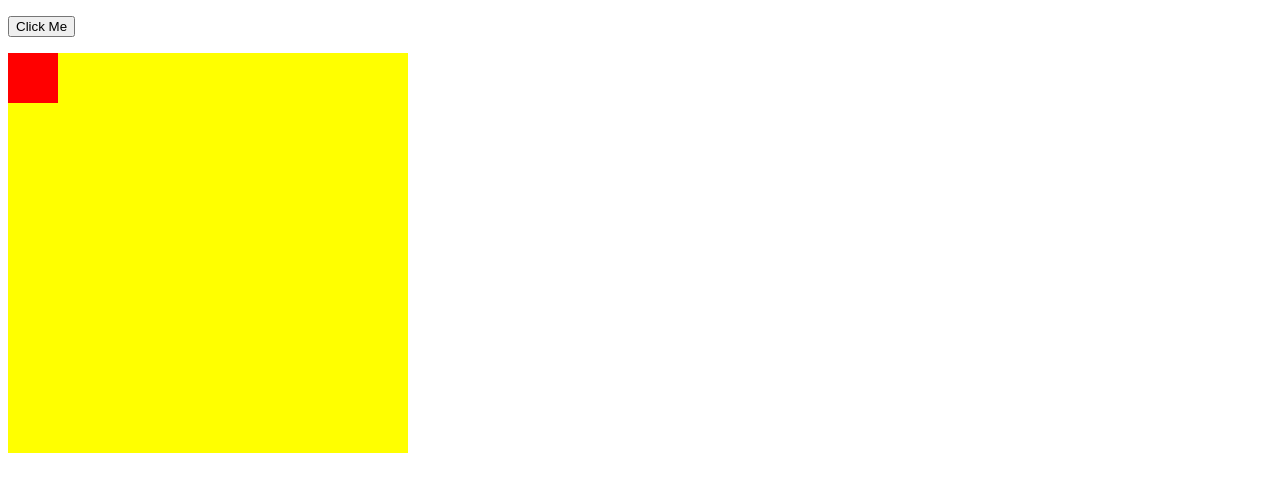
Repository: jcohenp/DI_Exercises
Page: W3/D3/normal/ex_1/index.html
The author's editor kept a copy of each file at every save. The page is drawn from the files as they stood at one save, then again after the next save.
The browser window is 1280 px wide. The pictures show the whole page.
After loading, the first visible `button` was clicked once.

Above is the page before, as saved 2020-08-25 15:20:35.

### W3/D3/normal/ex_1/index.html
<!DOCTYPE html>
<html lang="en">

<head>
    <meta charset="UTF-8">
    <meta name="viewport" content="width=device-width, initial-scale=1.0">
    <title>Document</title>
    <style>
        #container {
            width: 400px;
            height: 400px;
            position: relative;
            background: yellow;
        }

        #animate {
            width: 50px;
            height: 50px;
            position: absolute;
            background-color: red;
        }
    </style>
</head>

<body>
    <p><button onclick="myMove()">Click Me</button></p>
    <div id="container">
        <div id="animate"></div>
    </div>
    <script src="./js/script.js"></script>
</body>

</html>

### W3/D3/normal/ex_1/js/script.js
function myMove() {
    let box = document.getElementById("animate");
    let speed = 1;
    var pos = 0;
    var id = setInterval(frame, 5);

    function frame() {
        if (pos == 100 - box.width) {
            clearInterval(id);
        } else {
            pos++;
            box.style.left = pos + "&"
        }
    }

}

After the next save:
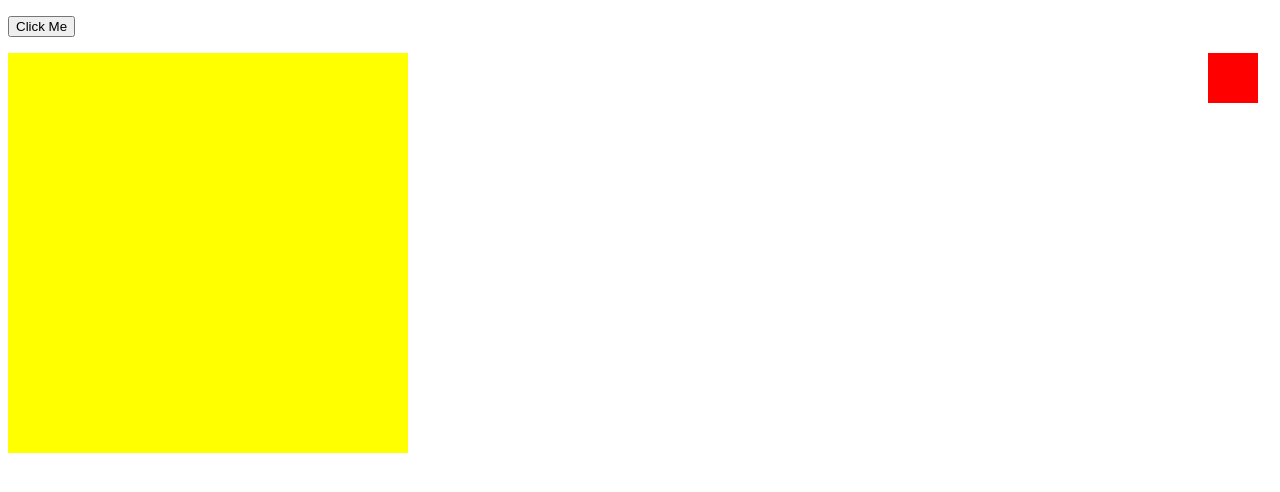
Saved 4 s later.
--- a/W3/D3/normal/ex_1/js/script.js
+++ b/W3/D3/normal/ex_1/js/script.js
@@ -9,7 +9,7 @@
             clearInterval(id);
         } else {
             pos++;
-            box.style.left = pos + "&"
+            box.style.left = pos + "%"
         }
     }
 

After the 3 saves that followed:
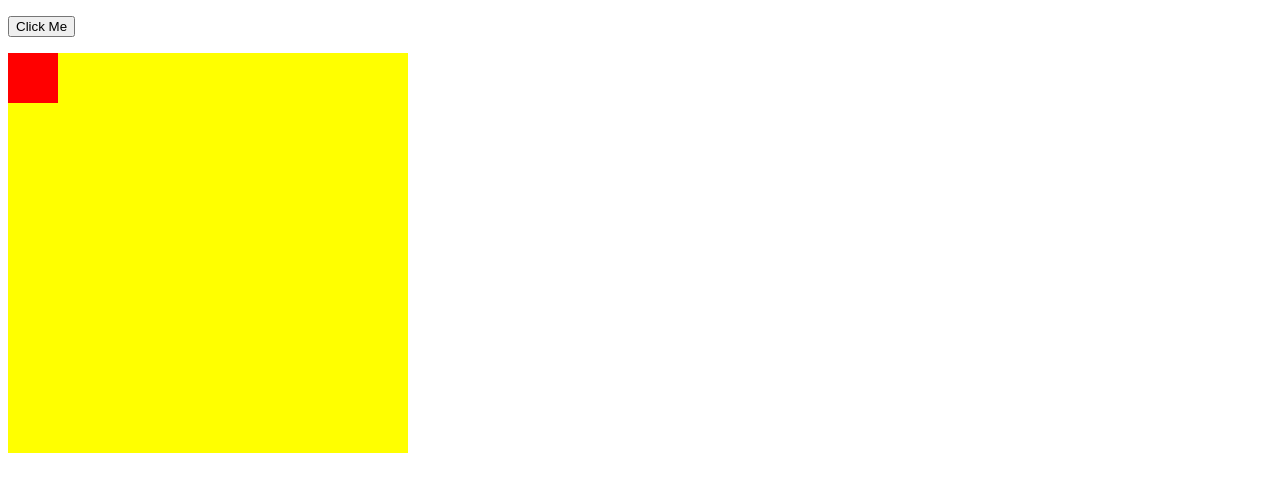
Console error: ReferenceError: relative is not defined
The 3 saves are shown as one change because 1 left the picture as it was and some came seconds apart.
The last was saved 119 s later.
--- a/W3/D3/normal/ex_1/js/script.js
+++ b/W3/D3/normal/ex_1/js/script.js
@@ -1,5 +1,7 @@
 function myMove() {
     let box = document.getElementById("animate");
+    let container = document.getElementById("container");
+    container.style.position = relative;
     let speed = 1;
     var pos = 0;
     var id = setInterval(frame, 5);
@@ -8,7 +10,7 @@
         if (pos == 100 - box.width) {
             clearInterval(id);
         } else {
-            pos++;
+            pos += speed;
             box.style.left = pos + "%"
         }
     }
